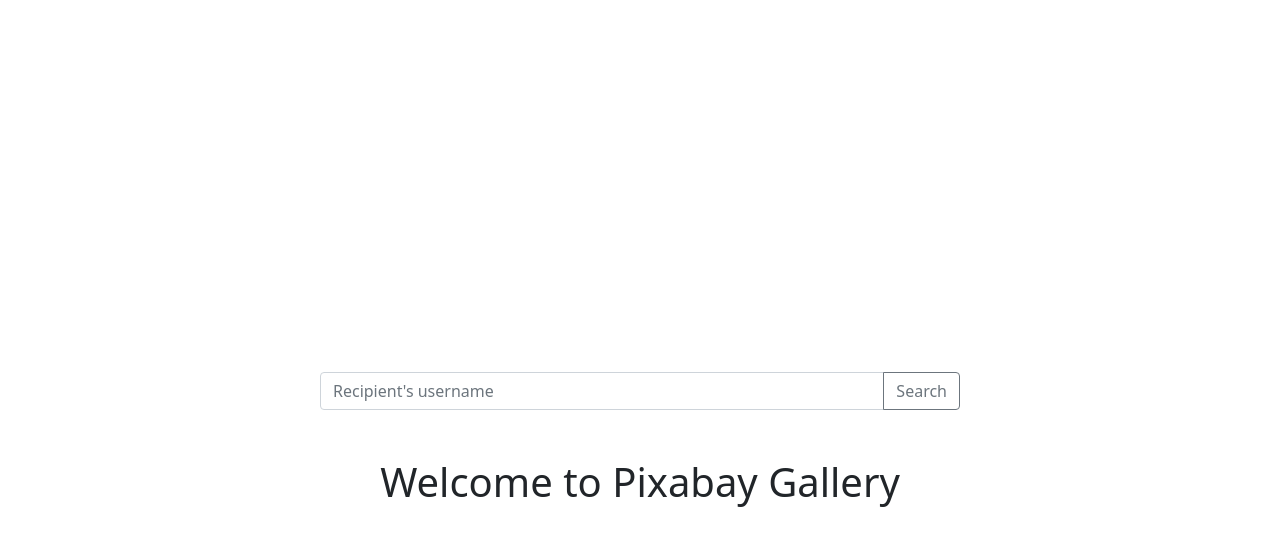
Repository: mehedi9465/PixaBay-Gallery
Page: index.html
These files come from the project's save history. The page is drawn as it stood at one moment and after the next save; the edit follows.
The browser window is 1280 px wide. The pictures show the whole page.

Above is the page before, as saved 2023-05-09 13:16:00.

After the next save:
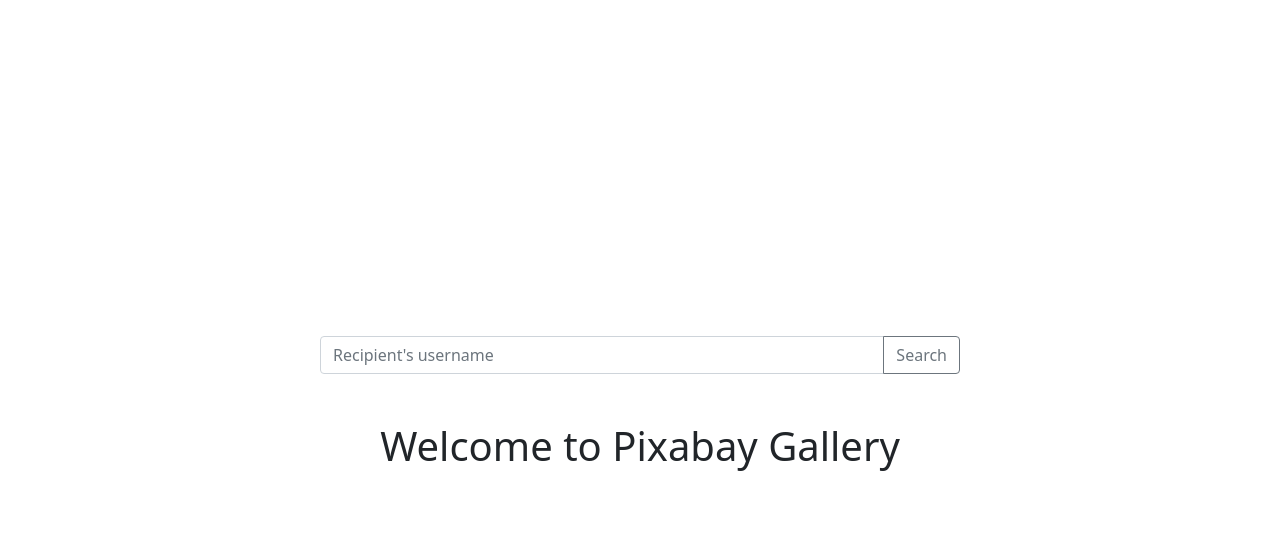
Saved 9 s later.
--- a/index.html
+++ b/index.html
@@ -25,7 +25,7 @@
   </head>
   <body>
     <main>
-      <div class="position-relative" style="height: 90vh">
+      <div class="position-relative" style="height: 80vh">
         <div
           class="text-center fs-1 position-absolute top-50 bottom-50 start-0 end-0 m-auto"
         >
